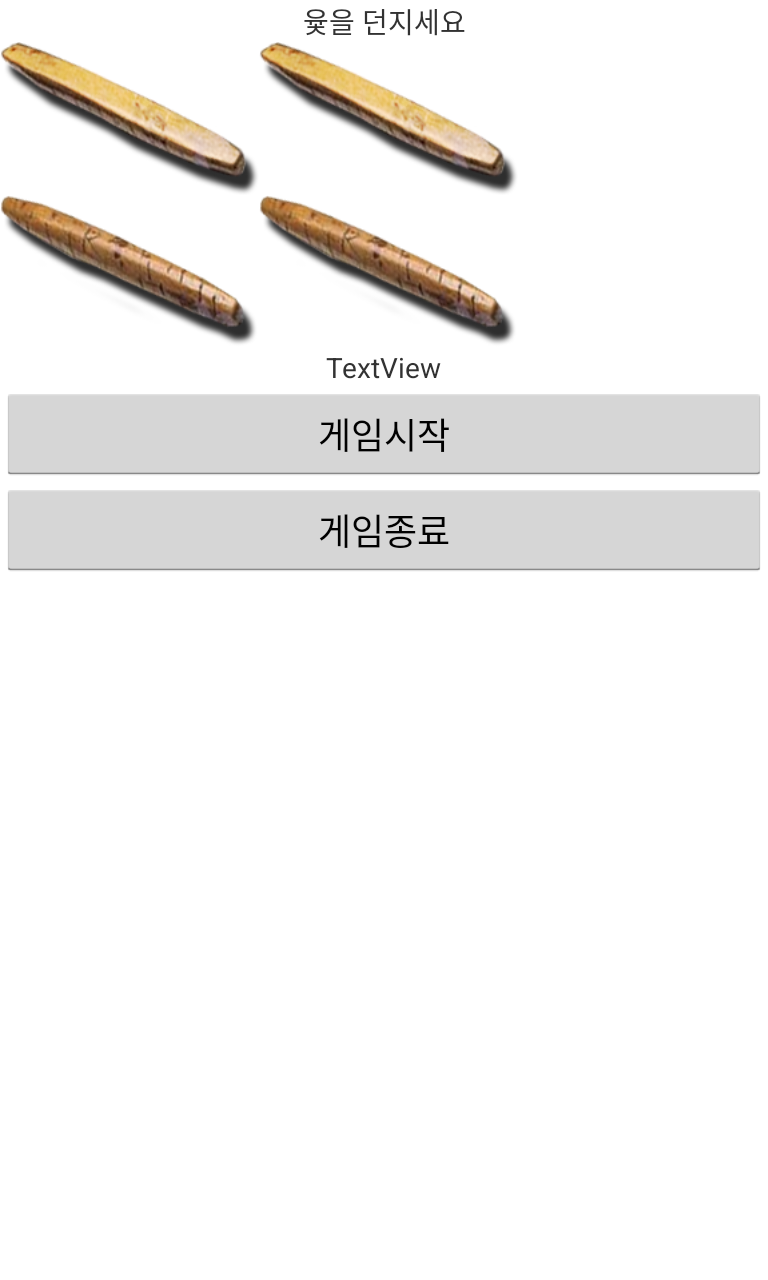
Repository: supremehappy/Android
Layout: Yutgame/res/layout/activity_main.xml
These files come from the project's save history. The layout is drawn as it stood at one moment and after the next save; the edit follows.
It is drawn on a 768 x 1280 px phone screen (xhdpi) without system bars, with theme AppTheme; the app's code is not run.

Above is the layout before, as saved 2017-08-24 07:14:57.

### Yutgame/res/layout/activity_main.xml
<LinearLayout xmlns:android="http://schemas.android.com/apk/res/android"
    xmlns:tools="http://schemas.android.com/tools"
    android:id="@+id/LinearLayout1"
    android:layout_width="match_parent"
    android:layout_height="match_parent"
    android:orientation="vertical"
    tools:context="${relativePackage}.${activityClass}" >

    <TextView
        android:layout_width="fill_parent"
        android:layout_height="wrap_content"
        android:layout_gravity="center"
        android:gravity="center"
        android:text="윷을 던지세요" />

    <LinearLayout
        android:layout_width="match_parent"
        android:layout_height="wrap_content" >

        <ImageView
            android:id="@+id/img_yut1"
            android:layout_width="wrap_content"
            android:layout_height="wrap_content"
            android:src="@drawable/yut_0" />

        <ImageView
            android:id="@+id/img_yut2"
            android:layout_width="wrap_content"
            android:layout_height="wrap_content"
            android:src="@drawable/yut_0" />
    </LinearLayout>

    <LinearLayout
        android:layout_width="match_parent"
        android:layout_height="wrap_content" >

        <ImageView
            android:id="@+id/img_yut3"
            android:layout_width="wrap_content"
            android:layout_height="wrap_content"
            android:src="@drawable/yut_1" />

        <ImageView
            android:id="@+id/img_yut4"
            android:layout_width="wrap_content"
            android:layout_height="wrap_content"
            android:src="@drawable/yut_1" />
    </LinearLayout>

    <LinearLayout
        android:layout_width="match_parent"
        android:layout_height="wrap_content"
        android:orientation="vertical" >

        <TextView
            android:id="@+id/txt_result"
            android:layout_width="wrap_content"
            android:layout_height="wrap_content"
            android:layout_gravity="center"
            android:gravity="center"
            android:text="TextView" />
    </LinearLayout>

    <LinearLayout
        android:id="@+id/LinearLayout2"
        android:layout_width="match_parent"
        android:layout_height="wrap_content"
        android:orientation="vertical" >

    </LinearLayout>

    <Button
        android:id="@+id/btn_start"
        android:layout_width="fill_parent"
        android:layout_height="wrap_content"
        android:text="게임시작" />

    <Button
        android:id="@+id/btn_end"
        android:layout_width="fill_parent"
        android:layout_height="wrap_content"
        android:text="게임종료" />

</LinearLayout>

Loaded but not shown: Yutgame/res/values/styles.xml (common file); Yutgame/res/values-v11/styles.xml (common file); Yutgame/res/values-v14/styles.xml (common file)

After the next save:
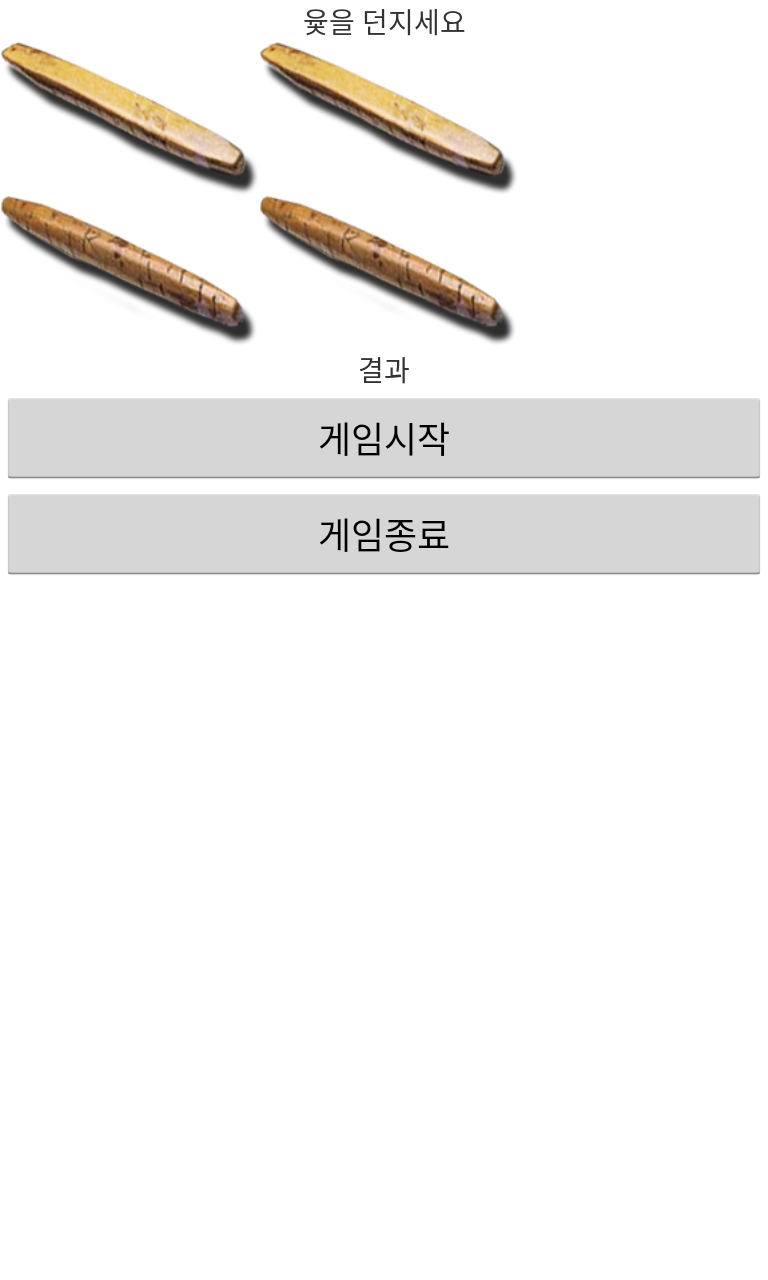
Saved 2 min 8 s later.
--- a/Yutgame/res/layout/activity_main.xml
+++ b/Yutgame/res/layout/activity_main.xml
@@ -58,7 +58,7 @@
             android:layout_height="wrap_content"
             android:layout_gravity="center"
             android:gravity="center"
-            android:text="TextView" />
+            android:text="결과" />
     </LinearLayout>
 
     <LinearLayout
